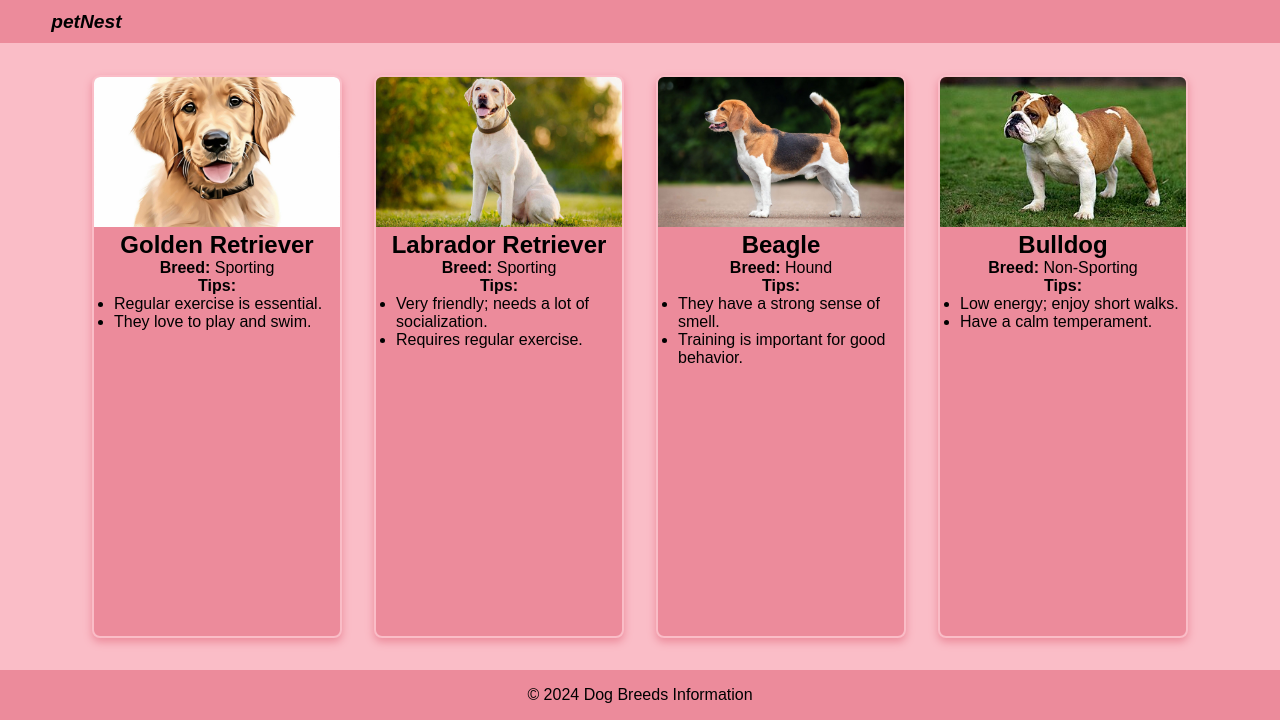
Repository: SHAHZADcodr/pet_care
Page: pages/dog.html
An editor plug-in stored every save of this project. The page is shown before and after the next save, followed by the edit.
The browser window is 1280 px wide. The pictures show the whole page.

Above is the page before, as saved 2024-11-04 22:40:56.

After the next save:
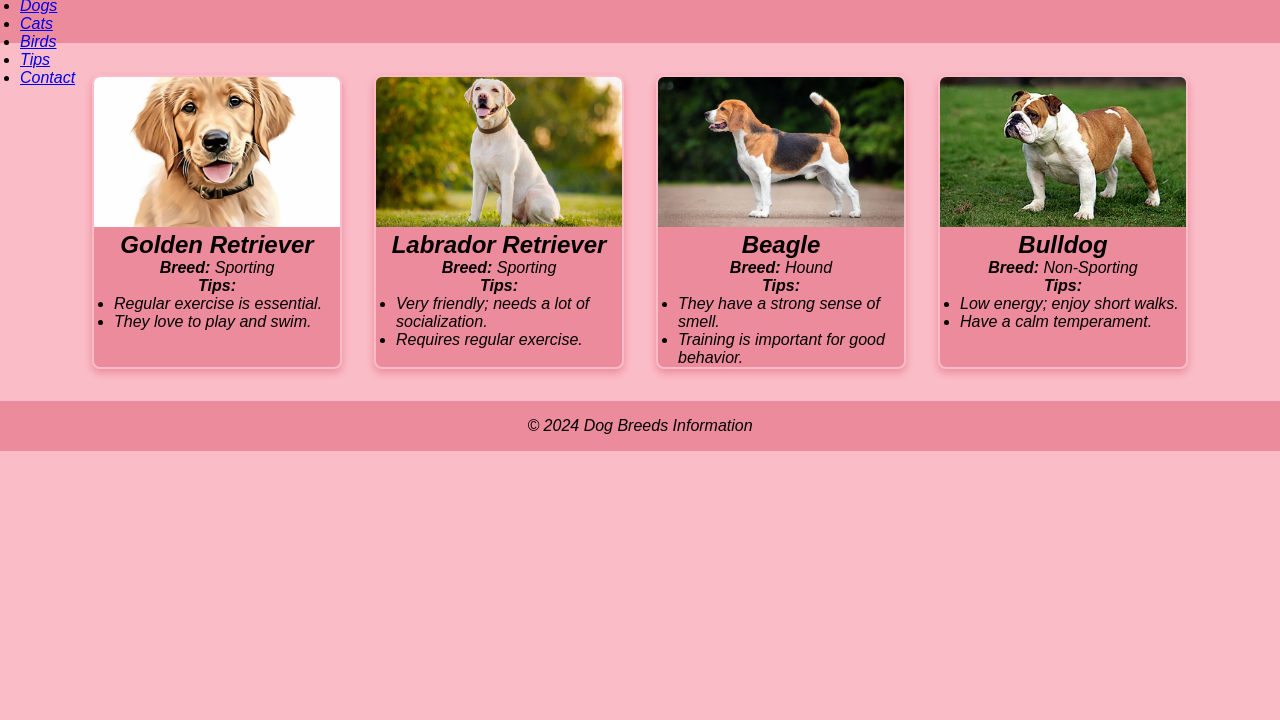
Saved 71 s later.
--- a/pages/dog.html
+++ b/pages/dog.html
@@ -8,7 +8,20 @@
 </head>
 <body>
     <header>
-        <h1 id="webName"><i><strong>petNest</strong></i></h1>
+        <nav>
+            <h1 id="webName"><i><strong>petNest</strong></
+       i></h1>
+            <ul id="nav-links">
+                <li><a href="index.html">Home</a></li>
+                <li><a href="pages/dog.html">Dogs</a></li>
+                <li><a href="pages/cats.html">Cats</a></li>
+                <li><a href="pages/birds.html">Birds</a></
+       li>
+                <li><a href="pages/tips.html">Tips</a></li>
+                <li><a href="contact.html"
+       id="you">Contact</a></li>
+            </ul>
+        </nav>
     </header>
     <main class="dog-breeds">
         <div class="dog-card">

After the 2 saves that followed:
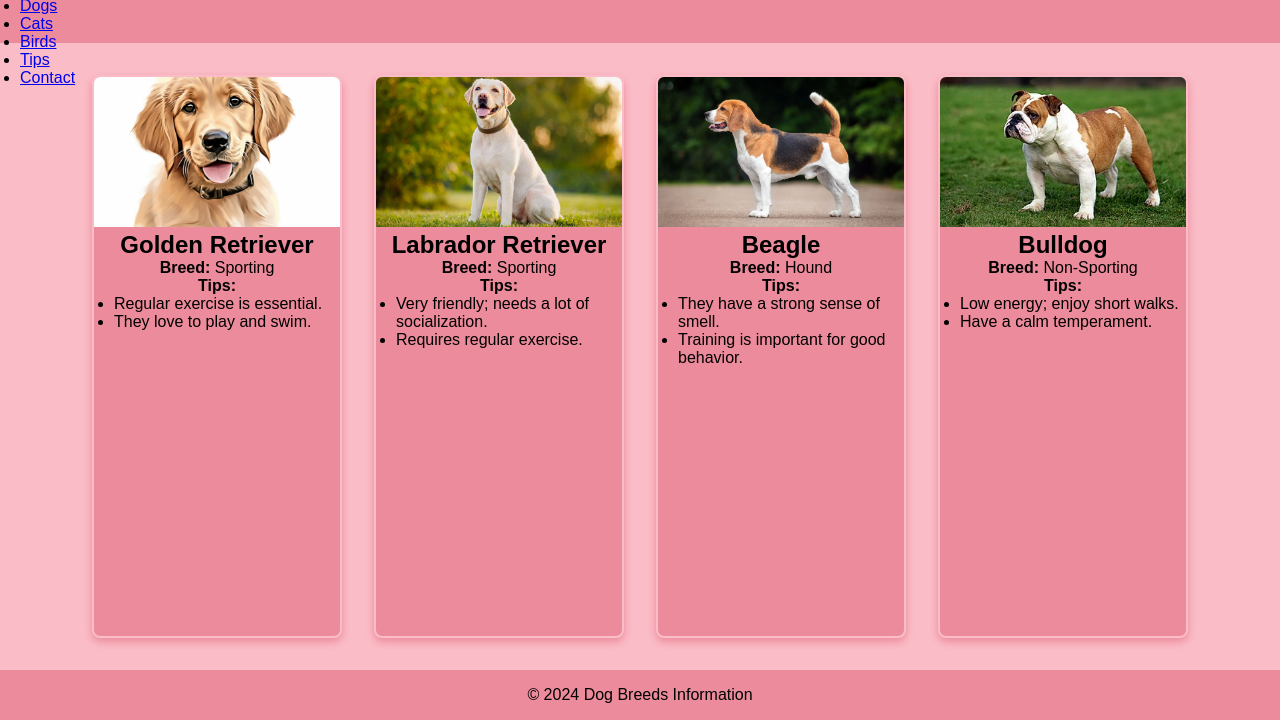
The 2 saves are shown as one change because they came seconds apart.
The last was saved 12 s later.
--- a/pages/dog.html
+++ b/pages/dog.html
@@ -9,14 +9,12 @@
 <body>
     <header>
         <nav>
-            <h1 id="webName"><i><strong>petNest</strong></
-       i></h1>
+            <h1 id="webName"><i><strong>petNest</strong></i></h1>
             <ul id="nav-links">
                 <li><a href="index.html">Home</a></li>
                 <li><a href="pages/dog.html">Dogs</a></li>
                 <li><a href="pages/cats.html">Cats</a></li>
-                <li><a href="pages/birds.html">Birds</a></
-       li>
+                <li><a href="pages/birds.html">Birds</a></li>
                 <li><a href="pages/tips.html">Tips</a></li>
                 <li><a href="contact.html"
        id="you">Contact</a></li>
